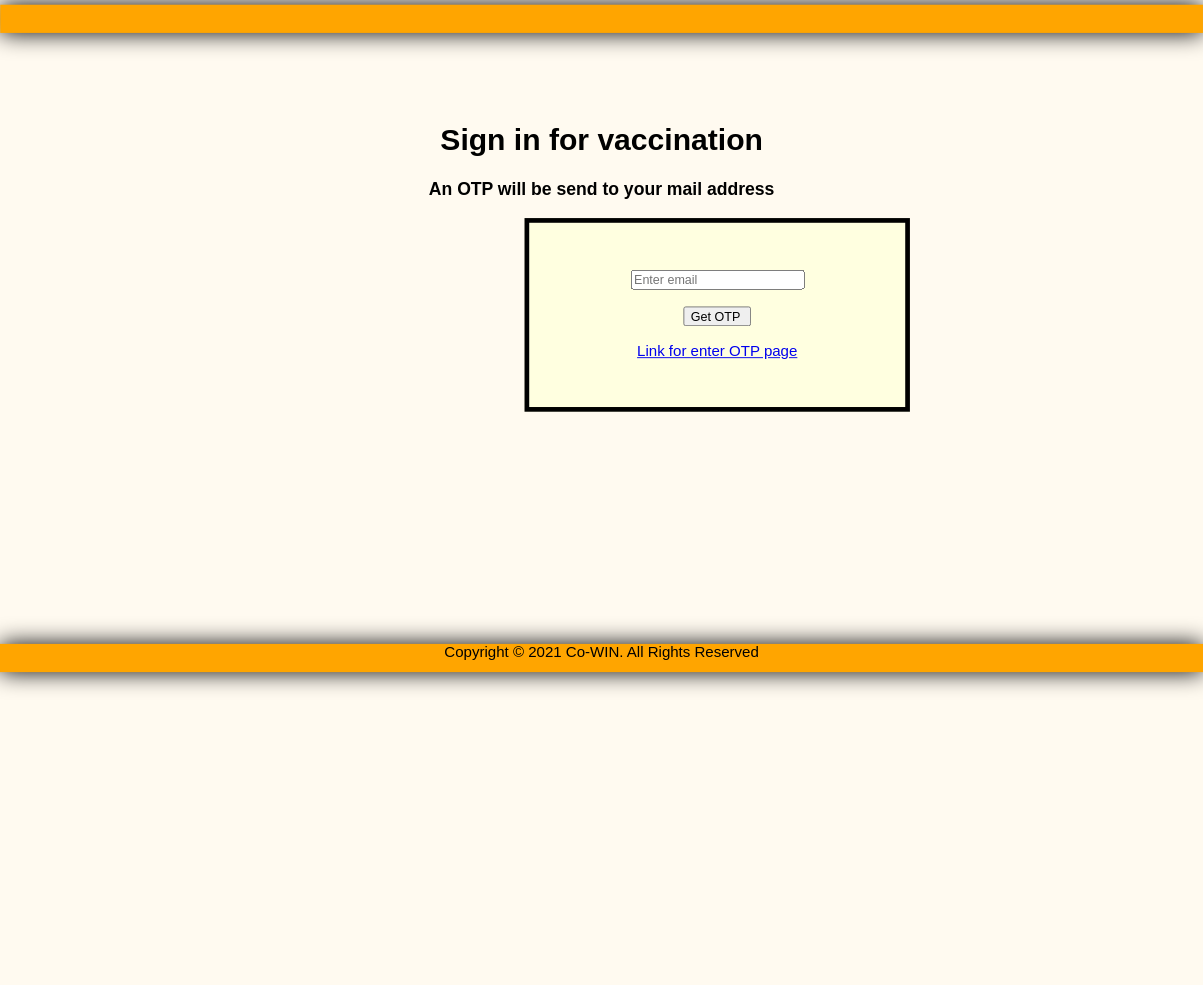
Repository: chetanmelavanki/project
Page: http://localhost/vaccine-app/WEB-INF/pages/signinpage.jsp
These files come from the project's save history. The page is drawn as it stood at one moment and after the next save; the edit follows.
The browser window is 1280 px wide. The pictures show the whole page, at 94% of full size.
The page is served by Tomcat 9. Nobody is signed in. Other server files are loaded and not shown. The template is opened directly, without the code that normally fills it, so the values that code supplies are empty.

Above is the page before, as saved 2022-08-15 11:42:06.

### vaccine-app/src/main/webapp/WEB-INF/pages/signinpage.jsp
<!DOCTYPE html>
<html>

<head>
<title>Vaccine form</title>
<style type=text/css>
body {
	height: 125vh;
	margin-top: 80px;
	padding: 30px;
	background-size: cover;
	font-family: sans-serif;
	text-align: center;
	background-color: floralwhite;
}

header {
	background-color: orange;
	position: fixed;
	left: 0;
	right: 0;
	top: 5px;
	height: 30px;
	display: flex;
	align-items: center;
	box-shadow: 0 0 25px 0 black;
}

form {
	width: 300px;
	border: 5px solid black;
	padding: 50px;
	margin: 20px;
	background-color: lightyellow;
	margin-left: 520px;
}

.footer {
	position: fixed;
	left: 0px;
	bottom: 5px;
	right: 0px;
	width: 100%;
	height: 30px;
	background-color: orange;
	box-shadow: 0 0 25px 0 black;
	text-align: center;
}
</style>
<body>
	<header>
		<nav></nav>
	</header>

	<h1>Sign in for vaccination</h1>

	<h3>An OTP will be send to your mail address</h3>
	<div>
		<form action="getOTP.vaccine" method="post">
			<input type="email" name="userEmail" placeholder="Enter email"><br>
			<a style="color: red">${errorMail}${errorSend}</a> <br>
			<input type="submit" value="Get OTP "> <br> <br> <a
				href="http://localhost:8080/vaccine-app/enterVaccineOTP.vaccine">Link
				for enter OTP page</a>
		</form>
	</div>
	<div class="footer">Copyright © 2021 Co-WIN. All Rights Reserved
	</div>

</body>
</head>

</html>

After the next save:
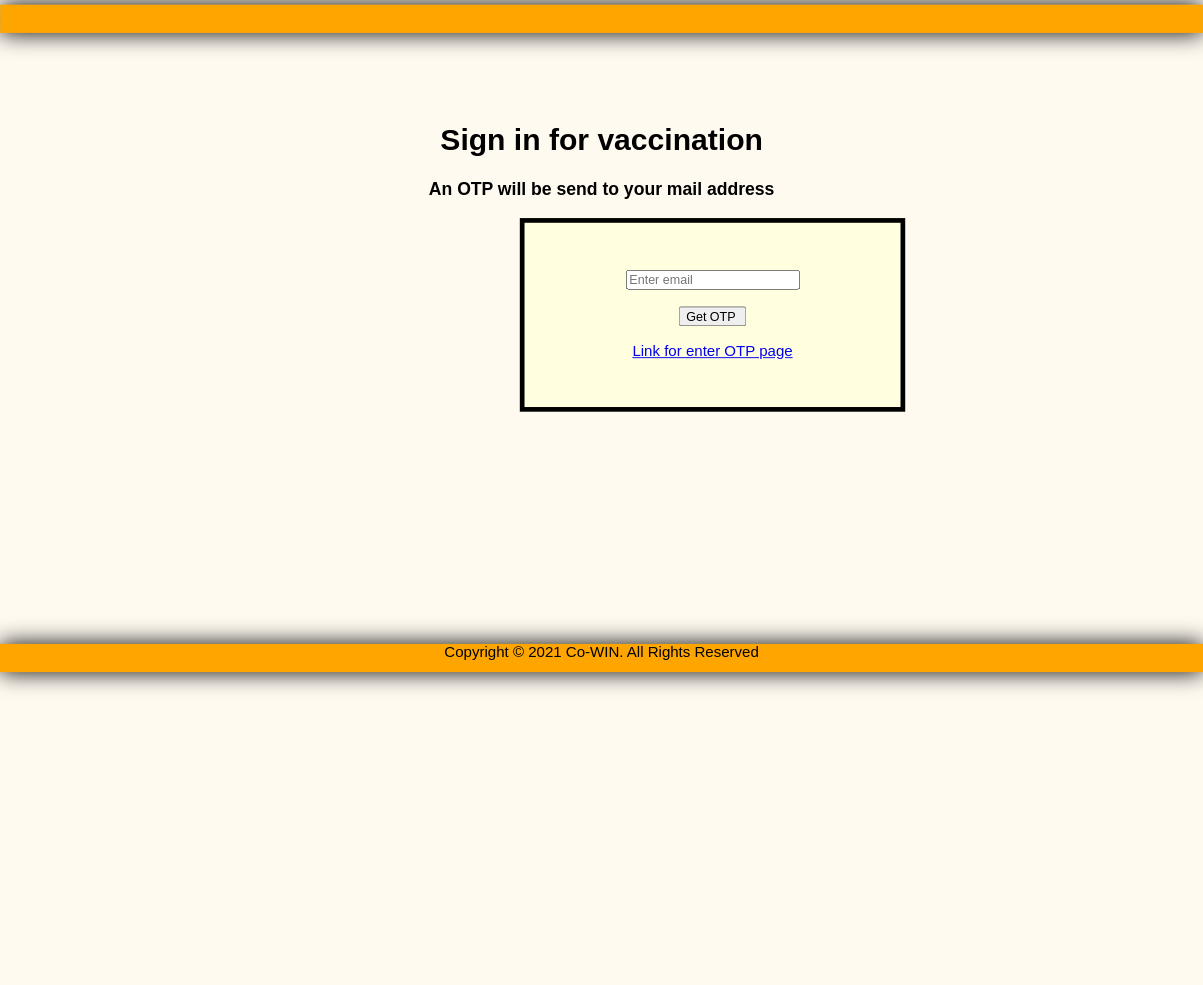
Saved 54 s later.
--- a/vaccine-app/src/main/webapp/WEB-INF/pages/signinpage.jsp
+++ b/vaccine-app/src/main/webapp/WEB-INF/pages/signinpage.jsp
@@ -32,7 +32,7 @@ form {
 	padding: 50px;
 	margin: 20px;
 	background-color: lightyellow;
-	margin-left: 520px;
+	margin-left: 515px;
 }
 
 .footer {
